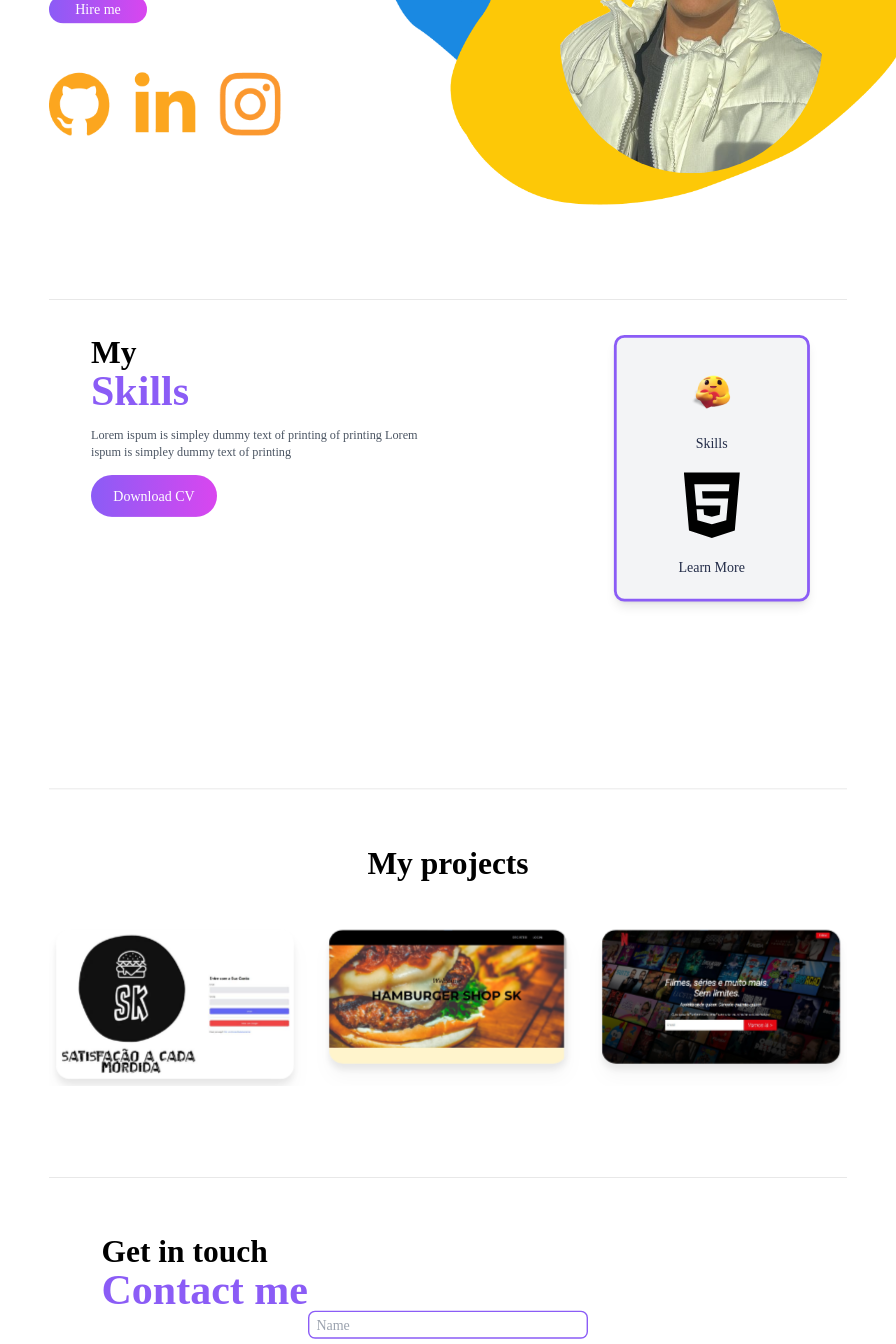
Repository: KennedyWanderson/portfolio
Page: /
These files come from the project's save history. The page is drawn as it stood at one moment and after a run of saves; the edit follows.
The browser window is 1280 px wide. The pictures show the part of the page from y = 408 to 2328 px (the page is 3240 px tall), at 70% of full size.
Some web fonts or font styles are not loaded; a fallback is used. The project was rebuilt for these pictures with package versions that can differ from the ones it lists, and the page was loaded fresh each time. Imported but missing from the stored project, and not drawn on this page: src/Components/Services/Kennedy_CV.pdf.

Above is the page before, as saved 2024-01-26 12:18:56.

After the next 2 saves:
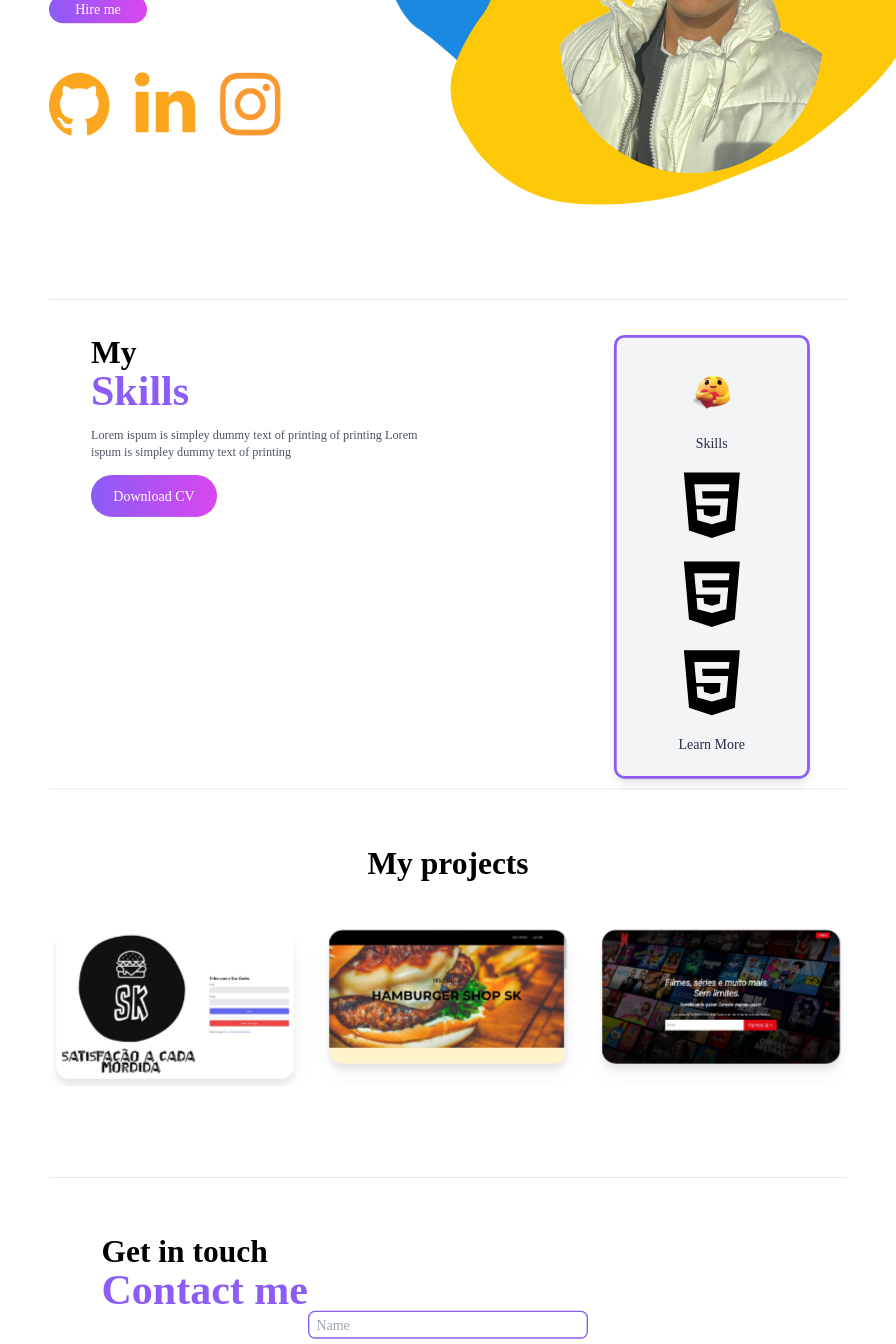
The 2 saves are shown as one change because they came seconds apart.
The last was saved 85 s later.
--- a/src/Components/Card/Card.jsx
+++ b/src/Components/Card/Card.jsx
@@ -8,6 +8,8 @@ const Card = ({emoji, heading, detail}) =>{
             <img className="scale-50 mb-[-2rem]" src={emoji} alt="" />
             <span>{heading}</span>
             <img className="flex text-gray-500 text-base w-16" src={detail} alt='' />
+            <img className="flex text-gray-500 text-base w-16" src={detail} alt='' />
+            <img className="flex text-gray-500 text-base w-16" src={detail} alt='' />
             <button>Learn More</button>
         </div>
     )
